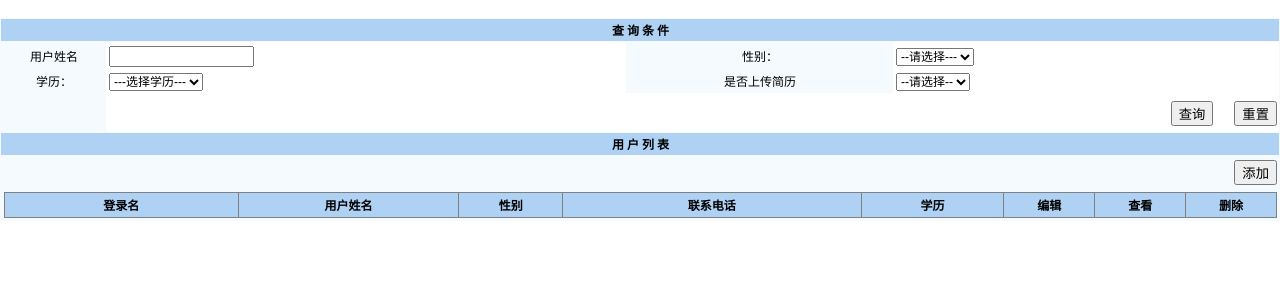
Repository: hermione-20/MyGitProjectRemote
Page: http://localhost/day28_01struts2final/user/list.jsp
The author's editor kept a copy of each file at every save. The page is drawn from the files as they stood at one save, then again after the next save.
The browser window is 1280 px wide. The pictures show the whole page.
The page is served by Tomcat 9. Other server files are loaded and not shown.

Above is the page before, as saved 2020-05-15 09:07:37.

### day28_01struts2final/WebContent/user/list.jsp
<%@ page language="java" pageEncoding="UTF-8"%>
<%@ taglib uri="/struts-tags" prefix="s" %>
<HTML>
	<HEAD>
		<meta http-equiv="Content-Language" content="zh-cn">
		<meta http-equiv="Content-Type" content="text/html; charset=UTF-8">
		<link href="${pageContext.request.contextPath}/css/Style.css" rel="stylesheet" type="text/css" />
		<script language="javascript" src="${pageContext.request.contextPath}/js/public.js"></script>
		<script type="text/javascript">
			function addUser(){
				window.location.href = "${pageContext.request.contextPath}/user/add.jsp";
			}
		</script>
	</HEAD>
	<body>
		<br>
		<s:form action="findUserByCondition" namespace="/user">
			<table cellSpacing="1" cellPadding="0" width="100%" align="center" bgColor="#f5fafe" border="0">
				<TBODY>
					<tr>
						<td class="ta_01" align="center" bgColor="#afd1f3">
							<strong>查 询 条 件</strong>
						</td>
					</tr>
					<tr>
						<td>
							<table cellpadding="0" cellspacing="0" border="0" width="100%">
								<tr>
									<td height="22" align="center" bgColor="#f5fafe" class="ta_01">
										用户姓名
									</td>
									<td class="ta_01" bgColor="#ffffff">
									<s:textfield name="userName" size="15" class="bg"></s:textfield>
									</td>
									<td height="22" align="center" bgColor="#f5fafe" class="ta_01">
										性别：
									</td>
									<td class="ta_01" bgColor="#ffffff">
									<s:select list="{'男','女'}" name="gender" headerKey="" headerValue="--请选择---"></s:select>
									</td>
								</tr>
								<tr>
									<td height="22" align="center" bgColor="#f5fafe" class="ta_01">
										学历：
									</td>
									<td class="ta_01" bgColor="#ffffff">
									<s:select list="{'研究生','本科','专科','高中','初中'}" name="education" headerKey="" headerValue="---选择学历---"></s:select>

									</td>
									<td height="22" align="center" bgColor="#f5fafe" class="ta_01">
										是否上传简历
									</td>
									<td class="ta_01" bgColor="#ffffff">

										<select name="isUpload" id="isUpload">
										    <option value="">--请选择--</option>
										    <option value="1">有</option>
										    <option value="2">无</option>


										</select>

									</td>
								</tr>
								<tr>
									<td width="100" height="22" align="center" bgColor="#f5fafe"
										class="ta_01">
									</td>
									<td class="ta_01" bgColor="#ffffff">
										<font face="宋体" color="red"> &nbsp;</font>
									</td>
									<td align="right" bgColor="#ffffff" class="ta_01"><br><br></td>
									<td align="right" bgColor="#ffffff" class="ta_01">
										<button type="submit" id="search" name="search" value="&#26597;&#35810;" class="button_view">
&#26597;&#35810;
</button>

										&nbsp;&nbsp;&nbsp;&nbsp;&nbsp;
										<input type="reset" name="reset" value="&#37325;&#32622;" class="button_view"/>

									</td>
								</tr>
							</table>
						</td>

					</tr>
					<tr>
						<td class="ta_01" align="center" bgColor="#afd1f3">
							<strong>用 户 列 表</strong>
						</TD>
					</tr>
					<tr>
						<td class="ta_01" align="right">
							<button type="button" id="add" name="add" value="&#28155;&#21152;" class="button_add" onclick="addUser()">
&#28155;&#21152;
</button>

						</td>
					</tr>
					<tr>
						<td class="ta_01" align="center" bgColor="#f5fafe">
							<table cellspacing="0" cellpadding="1" rules="all"
								bordercolor="gray" border="1" id="DataGrid1"
								style="BORDER-RIGHT: gray 1px solid; BORDER-TOP: gray 1px solid; BORDER-LEFT: gray 1px solid; WIDTH: 100%; WORD-BREAK: break-all; BORDER-BOTTOM: gray 1px solid; BORDER-COLLAPSE: collapse; BACKGROUND-COLOR: #f5fafe; WORD-WRAP: break-word">
								<tr
									style="FONT-WEIGHT: bold; FONT-SIZE: 12pt; HEIGHT: 25px; BACKGROUND-COLOR: #afd1f3">

									<td align="center" width="18%">登录名</td>
									<td align="center" width="17%">用户姓名</td>
									<td align="center" width="8%">性别</td>
									<td align="center" width="23%">联系电话</td>
									<td width="11%" align="center">学历</td>
									<td width="7%" align="center">编辑</td>
									<td width="7%" align="center">查看</td>
									<td width="7%" align="center">删除</td>
								</tr>
								<s:iterator value="users" var="user">
										<tr onmouseover="this.style.backgroundColor = 'white'"
											onmouseout="this.style.backgroundColor = '#F5FAFE';">
											<td style="CURSOR: hand; HEIGHT: 22px" align="center"
												width="18%">
												<s:property value="#user.logonName"/>
											</td>
											<td style="CURSOR: hand; HEIGHT: 22px" align="center"
												width="17%">
												<s:property value="#user.userName"/>
											</td>
											<td style="CURSOR: hand; HEIGHT: 22px" align="center"
												width="8%">
												<s:property value="#user.gender"/>

											</td>
											<td style="CURSOR: hand; HEIGHT: 22px" align="center"
												width="23%">
												<s:property value="#user.telephone"/>
											</td>
											<td style="CURSOR: hand; HEIGHT: 22px" align="center">
												<s:property value="#user.education"/>
											</td>
											<td align="center" style="HEIGHT: 22px">
											<s:a action="editUI" namespace="/user">
											<s:param name="userID" value="#user.userID"></s:param>
													<img src="${pageContext.request.contextPath}/images/i_edit.gif" border="0" style="CURSOR: hand">
												</s:a>
											</td>
											<td align="center" style="HEIGHT: 22px">
											<s:a action="findUserById" namespace="/user">
											<s:param name="userID" value="#user.userID"></s:param>
													<img src="${pageContext.request.contextPath}/images/button_view.gif" border="0" style="CURSOR: hand">
												</s:a>
											</td>
											<td align="center" style="HEIGHT: 22px">
											<s:a action="delete" namespace="/user">
											<s:param name="userID" value="#user.userID"></s:param>
													<img src="${pageContext.request.contextPath}/images/i_del.gif" width="16" height="16" border="0" style="CURSOR: hand">
												</s:a>
											</td>
										</tr>
										</s:iterator>
							</table>
						</td>
					</tr>
				</TBODY>
			</table>
		</s:form>
	</body>
</HTML>

### day28_01struts2final/WebContent/css/Style.css
body {
	background-color: #FFFFFF;
	margin-left: 0px;
	margin-top: 0px;
	margin-right: 0px;
	margin-bottom: 0px;
}
td,select  {
	font-size: 12px;
}
A.cl:link {
    font-size:12px;
	color: #000000;
    text-decoration:none;
}
A.cl:visited {
    font-size:12px;
	color: #000000;
    text-decoration:none;
}
A.cl:hover {
    font-size:12px;
	color: #cc0000;
	text-decoration:underline;
}
A.cl_01:link {
    font-size:12px;
	color: #000066;
    text-decoration:none;
}
A.cl_01:visited {
    font-size:12px;
	color: #000066;
    text-decoration:none;
}
A.cl_01:hover {
    font-size:12px;
	color: #0066CC;
	text-decoration:underline;
}
.bt_01 {
	line-height: 155%;
	color: #FFFFFF;
	padding-left: 15px;
	padding-bottom: 10px;
}

.box04 {
	font-size: 12px;
	padding-top: 7px;
	padding-left: 16px;
	background-color: #88A5DF;
	border-top-width: 1px;
	border-right-width: 1px;
	border-bottom-width: 1px;
	border-left-width: 1px;
	border-top-style: solid;
	border-right-style: solid;
	border-bottom-style: solid;
	border-left-style: solid;
	border-top-color: #7798DC;
	border-right-color: #2C416B;
	border-bottom-color: #2C416B;
	border-left-color: #7798DC;
	padding-bottom: 4px;
}
.box01 {
	font-size: 12px;
	color: #000000;
	border-top-width: 1px;
	border-right-width: 1px;
	border-bottom-width: 1px;
	border-left-width: 1px;
	border-right-style: solid;
	border-bottom-style: solid;
	border-left-style: solid;
	border-top-color: #EDF8FF;
	border-right-color: #8099B2;
	border-bottom-color: #8099B2;
	border-left-color: #EDF8FF;
	background-color: #B2CFED;
	padding-top: 7px;
	padding-left: 16px;
	border-top-style: solid;
	padding-bottom: 4px;
}
.box05 {
	font-size: 12px;
	padding-top: 5px;
	padding-left: 30px;
	border-bottom-width: 1px;
	border-bottom-style: solid;
	border-bottom-color: #B2CFED;
	border-right-width: 1px;
	border-right-style: solid;
	border-right-color: #F4F9FF;
	padding-bottom: 3px;
	background-color: #EDF8FF;
}
.box06 {
	font-size: 12px;
	background-color: #EDF6FF;
	padding-top: 5px;
	padding-left: 30px;
	border-bottom-width: 1px;
	border-bottom-style: solid;
	border-bottom-color: #ADAEAD;
	padding-bottom: 3px;

}
.bottom {
	color: #000066;
}
A.cl_02:link {
    font-size:12px;
	color: #CC0000;
    text-decoration:underline;
}
A.cl_02:visited {
    font-size:12px;
	color: #CC0000;
    text-decoration:underline;
}
A.cl_02:hover {
    font-size:12px;
	color: #CC0000;
	text-decoration:none;
}
.top {
	padding-top: 4px;
	padding-bottom: 2px;
	font-weight: bold;
	background-color: #AFD1F3;
	border-top-width: 1px;
	border-right-width: 1px;
	border-bottom-width: 1px;
	border-left-width: 1px;
	border-top-style: solid;
	border-right-style: solid;
	border-bottom-style: solid;
	border-left-style: solid;
	border-top-color: #E3EFFB;
	border-right-color: #7990A8;
	border-bottom-color: #7990A8;
	border-left-color: #E3EFFB;
}
.ta_01 {
	padding-top: 4px;
	padding-bottom: 2px;
	padding-right: 2px;
	padding-left: 3px;
	line-height: 135%;
}

A:link {
    font-size:12px;
	color: #000000;
    text-decoration:none;
}
A:visited {
    font-size:12px;
	color: #000000;
    text-decoration:none;
}
A.eq:hover {
    font-size:12px;
	color: #0066FF;
	text-decoration:underline;
}
A.eq:link {
    font-size:12px;
	color: #000000;
    text-decoration:underline;
}
A.eq:visited {
    font-size:12px;
	color: #000000;
    text-decoration:underline;
}
A.eq:hover {
    font-size:12px;
	color: #0066FF;
	text-decoration:underline;
}
.bg {
	border-top:0px ;
	border-left:0px ;
	border-right:0px ;
	border-bottom: solid 1px gray;
	background-color: #FBFDFF;
	height:21px ;
	width:150px;
}
.button {
	background-color: #DAE6FF;
	margin: 1px;
	padding: 0px 2px 0px 2px;
	border: 1px solid #8AA2CC;
	color: #333333;
	cursor: hand;
	/*
	left: 10px;
	top: 10px;
	right: 0px;
	bottom: 10px;
	clip:  rect(10px 10px 10px 10px);
	*/
	height: 18px;
}
.button_ok {
	background-color: #DAE6FF;
	margin: 1px;
	padding: 2px 4px 2px 10px;
	border: 1px solid #8AA2CC;
	background-attachment: fixed;
	background-image: url(../images/button_ok.gif);
	background-repeat: no-repeat;
	background-position: left center;
	color: #2F3F5B;
	cursor: hand;
	text-align: right;
	left: 10px;
	top: 10px;
	right: 0px;
	bottom: 10px;
	clip:  rect(10px 10px 10px 10px);
	height: 20px;
}
.button_cancel {
	background-color: #DAE6FF;
	margin: 1px;
	padding: 2px 4px 2px 10px;
	border: 1px solid #8AA2CC;
	background-attachment: fixed;
	background-image: url(../images/button_cancel.gif);
	background-repeat: no-repeat;
	background-position: left center;
	color: #2F3F5B;
	cursor: hand;
	text-align: right;
	left: 10px;
	top: 10px;
	right: 0px;
	bottom: 10px;
	clip:  rect(10px 10px 10px 10px);
	height: 20px;
}
.button_help {
	background-color: #DAE6FF;
	margin: 1px;
	padding: 2px 4px 2px 10px;
	border: 1px solid #8AA2CC;
	background-attachment: fixed;
	background-image: url(../images/button_help.gif);
	background-repeat: no-repeat;
	background-position: left center;
	color: #2F3F5B;
	cursor: hand;
	text-align: right;
	left: 10px;
	top: 10px;
	right: 0px;
	bottom: 10px;
	clip:  rect(10px 10px 10px 10px);
	height: 20px;
}
.button_exit {
	background-color: #DAE6FF;
	margin: 1px;
	padding: 2px 4px 2px 10px;
	border: 1px solid #8AA2CC;
	background-attachment: fixed;
	background-image: url(../images/button_search.gif);
	background-repeat: no-repeat;
	background-position: left center;
	color: #2F3F5B;
	cursor: hand;
	text-align: right;
	left: 10px;
	top: 10px;
	right: 0px;
	bottom: 10px;
	clip:  rect(10px 10px 10px 10px);
	height: 20px;
	.button_search {
	background-color: #DAE6FF;
	margin: 1px;
	padding: 2px 4px 2px 10px;
	border: 1px solid #8AA2CC;
	background-attachment: fixed;
	background-image: url(../images/button_exit.gif);
	background-repeat: no-repeat;
	background-position: left center;
	color: #2F3F5B;
	cursor: hand;
	text-align: right;
	left: 10px;
	top: 10px;
	right: 0px;
	bottom: 10px;
	clip:  rect(10px 10px 10px 10px);
	height: 20px;
}
.button_view {
	background-color: #DAE6FF;
	margin: 1px;
	padding: 2px 4px 2px 10px;
	border: 1px solid #8AA2CC;
	background-attachment: fixed;
	background-image: url(../images/button_view.gif);
	background-repeat: no-repeat;
	background-position: left center;
	color: #2F3F5B;
	cursor: hand;
	text-align: right;
	left: 10px;
	top: 10px;
	right: 0px;
	bottom: 10px;
	clip:  rect(10px 10px 10px 10px);
	height: 20px;
}
.button_add {
	background-color: #DAE6FF;
	margin: 1px;
	padding: 2px 4px 2px 10px;
	border: 1px solid #8AA2CC;
	background-attachment: fixed;
	background-image: url(../images/button_add.gif);
	background-repeat: no-repeat;
	background-position: left center;
	color: #2F3F5B;
	cursor: hand;
	text-align: right;
	left: 10px;
	top: 10px;
	right: 0px;
	bottom: 10px;
	clip:  rect(10px 10px 10px 10px);
	height: 20px;
}
.button_del {
	background-color: #DAE6FF;
	margin: 1px;
	padding: 2px 4px 2px 10px;
	border: 1px solid #8AA2CC;
	background-attachment: fixed;
	background-image: url(../images/button_del.gif);
	background-repeat: no-repeat;
	background-position: left center;
	color: #2F3F5B;
	cursor: hand;
	text-align: right;
	left: 10px;
	top: 10px;
	right: 0px;
	bottom: 10px;
	clip:  rect(10px 10px 10px 10px);
	height: 20px;
}
.button_print {
	background-color: #DAE6FF;
	margin: 1px;
	padding: 2px 4px 2px 10px;
	border: 1px solid #8AA2CC;
	background-attachment: fixed;
	background-image: url(../images/button_print.gif);
	background-repeat: no-repeat;
	background-position: left center;
	color: #2F3F5B;
	cursor: hand;
	text-align: right;
	left: 10px;
	top: 10px;
	right: 0px;
	bottom: 10px;
	clip:  rect(10px 10px 10px 10px);
	height: 20px;
}
.button_modi {
	background-color: #DAE6FF;
	margin: 1px;
	padding: 2px 4px 2px 10px;
	border: 1px solid #8AA2CC;
	background-attachment: fixed;
	background-image: url(../images/button_modi.gif);
	background-repeat: no-repeat;
	background-position: left center;
	color: #2F3F5B;
	cursor: hand;
	text-align: right;
	left: 10px;
	top: 10px;
	right: 0px;
	bottom: 10px;
	clip:  rect(10px 10px 10px 10px);
	height: 20px;
}
.button_save {
	background-color: #DAE6FF;
	margin: 1px;
	padding: 2px 4px 2px 10px;
	border: 1px solid #8AA2CC;
	background-attachment: fixed;
	background-image: url(../images/button_save.gif);
	background-repeat: no-repeat;
	background-position: left center;
	color: #2F3F5B;
	cursor: hand;
	text-align: right;
	left: 10px;
	top: 10px;
	right: 0px;
	bottom: 10px;
	clip:  rect(10px 10px 10px 10px);
	height: 20px;
}
.button_alert {
	background-color: #DAE6FF;
	margin: 1px;
	padding: 2px 4px 2px 10px;
	border: 1px solid #8AA2CC;
	background-attachment: fixed;
	background-image: url(../images/button_alert.gif);
	background-repeat: no-repeat;
	background-position: left center;
	color: #2F3F5B;
	cursor: hand;
	text-align: right;
	left: 10px;
	top: 10px;
	right: 0px;
	bottom: 10px;
	clip:  rect(10px 10px 10px 10px);
	height: 20px;
}
.button_clock {
	background-color: #DAE6FF;
	margin: 1px;
	padding: 2px 4px 2px 10px;
	border: 1px solid #8AA2CC;
	background-attachment: fixed;
	background-image: url(../images/button_clock.gif);
	background-repeat: no-repeat;
	background-position: left center;
	color: #2F3F5B;
	cursor: hand;
	text-align: right;
	left: 10px;
	top: 10px;
	right: 0px;
	bottom: 10px;
	clip:  rect(10px 10px 10px 10px);
	height: 20px;
}
.button_close {
	background-color: #DAE6FF;
	margin: 1px;
	padding: 2px 4px 2px 10px;
	border: 1px solid #8AA2CC;
	background-attachment: fixed;
	background-image: url(../images/button_close.gif);
	background-repeat: no-repeat;
	background-position: left center;
	color: #2F3F5B;
	cursor: hand;
	text-align: right;
	left: 10px;
	top: 10px;
	right: 0px;
	bottom: 10px;
	clip:  rect(10px 10px 10px 10px);
	height: 20px;
}
.button_phone01 {
	background-color: #DAE6FF;
	margin: 1px;
	padding: 2px 4px 2px 10px;
	border: 1px solid #8AA2CC;
	background-attachment: fixed;
	background-image: url(../images/button_phone01.gif);
	background-repeat: no-repeat;
	background-position: left center;
	color: #2F3F5B;
	cursor: hand;
	text-align: right;
	left: 10px;
	top: 10px;
	right: 0px;
	bottom: 10px;
	clip:  rect(10px 10px 10px 10px);
	height: 20px;
}
.button_dire {
	background-color: #DAE6FF;
	margin: 1px;
	padding: 2px 4px 2px 10px;
	border: 1px solid #8AA2CC;
	background-attachment: fixed;
	background-image: url(../images/hotel_dire_arrowc.jpg);
	background-repeat: no-repeat;
	background-position: left center;
	color: #2F3F5B;
	cursor: hand;
	text-align: right;
	left: 10px;
	top: 10px;
	right: 0px;
	bottom: 10px;
	clip:  rect(10px 10px 10px 10px);
	height: 20px;
}
.NextLine
{
	word-break:break-all;word-wrap:break-word;
}
.test
{
	BACKGROUND-IMAGE: url(../images/aaa.gif); HEIGHT: 25px;

}
.optionOff
{
	color:#909090;
	background-image:url(../images/optionbgOff.gif);
	background-position:right;
	background-repeat:no-repeat;
	border-left:1px solid #a0a0a0;
	text-align:center;
	width:110px;
	cursor:hand;
}
.optionOn {
	color:#1E6BAE;
	background-image:url(../images/optionbgOn.gif);
	background-position:right;
	background-repeat:no-repeat;
	border-left:1px solid #808080;
	text-align:center;
	font-weight:bold;
	width:110px;
	cursor:hand;
}
.optionOff A,.optionOff A:link,.optionOff A:visited,.optionOff A:hover,.optionOff A:active {
	color:#909090;
	text-decoration:none;
}
.optionOn A,.optionOn A:link,.optionOn A:visited,.optionOn A:hover,.optionOn A:active {
	color:#1E6BAE;
	text-decoration:none;
}
.tbodyhidden {
	display:none;
}
.xscroll {
	overflow-x:auto;
	height:auto;
	SCROLLBAR-FACE-COLOR: #E0F0FC;
	SCROLLBAR-SHADOW-COLOR: #EAF5FD;
	SCROLLBAR-3DLIGHT-COLOR: #808080;
	SCROLLBAR-ARROW-COLOR: #808080;
	SCROLLBAR-DARKSHADOW-COLOR:#808080;
	buttonface: #666666;
}
.xscrollhidden {
	overflow-x:auto;
	display:none;
	SCROLLBAR-FACE-COLOR: #E0F0FC;
	SCROLLBAR-SHADOW-COLOR: #EAF5FD;
	SCROLLBAR-3DLIGHT-COLOR: #808080;
	SCROLLBAR-ARROW-COLOR: #808080;
	SCROLLBAR-DARKSHADOW-COLOR:#808080;
	buttonface: #666666;
}
.sep1 {
	padding:0px;
	background-color:#AFD1F3;
}
.grouptitle {
	background-color:#E0F0FC;
	color: #5580D7;
}
.bodyscroll {
	SCROLLBAR-FACE-COLOR: #f6f6f6;
	SCROLLBAR-SHADOW-COLOR: #8099B2;
	SCROLLBAR-3DLIGHT-COLOR: #8099B2;
	SCROLLBAR-ARROW-COLOR: #8099B2;
	SCROLLBAR-DARKSHADOW-COLOR:#cccccc;
	buttonface: #f6f6f6;
}

Loaded but not shown: day28_01struts2final/WebContent/js/public.js (common file)

After the next save:
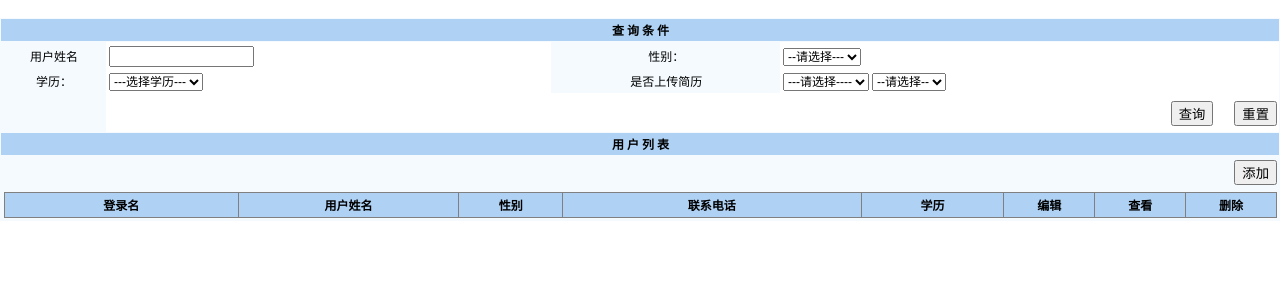
Saved 2 min 57 s later.
--- a/day28_01struts2final/WebContent/user/list.jsp
+++ b/day28_01struts2final/WebContent/user/list.jsp
@@ -51,6 +51,7 @@
 										是否上传简历
 									</td>
 									<td class="ta_01" bgColor="#ffffff">
+									<s:select list="#{'true':'有','false':'无' }" name="isUpload" headerKey="" headerValue="---请选择----"></s:select>
 
 										<select name="isUpload" id="isUpload">
 										    <option value="">--请选择--</option>
